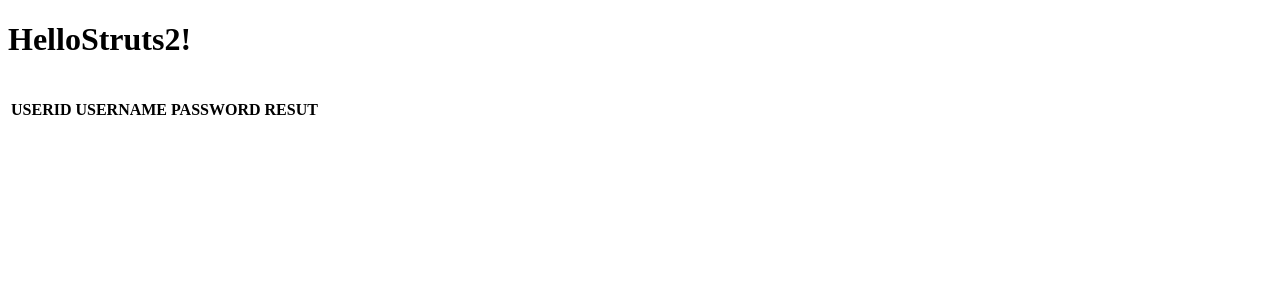
Repository: fujita0830/learning
Page: http://localhost/WebProj4/hello.jsp
An editor plug-in stored every save of this project. The page is shown before and after the next save, followed by the edit.
The browser window is 1280 px wide. The pictures show the whole page.
The page is served by Tomcat 9. Other server files are loaded and not shown.

Above is the page before, as saved 2018-12-26 06:44:57.

### WebProj4/WebContent/hello.jsp
<%@ page language="java" contentType="text/html; charset=UTF-8"
    pageEncoding="UTF-8"%>
<%@ taglib prefix="s" uri="/struts-tags" %>
<!DOCTYPE html PUBLIC "-//W3C//DTD HTML 4.01 Transitional//EN" "http://www.w3.org/TR/html4/loose.dtd">
<html>
<head>
<meta  charset=UTF-8">
<link rel="sttlesheet" type="text/css" href="./css/style.css">
<title>HelloStruts</title>
</head>
<body>
<h1>HelloStruts2!</h1>
<br>

<table>
<tbody>
<tr>
 <th>USERID</th>
 <th>USERNAME</th>
 <th>PASSWORD</th>
 <th>RESUT</th>
</tr>
<s:iterator value="helloStrutsDTOList">
<tr>
 <td><s:property value="userId"/></td>
 <td><s:property value="userName"/></td>
 <td><s:property value="password"/></td>
 <td><s:property value="result"/></td>
</tr>
</s:iterator>
</tbody>
</table>

</body>
</html>

### WebProj4/WebContent/css/style.css
@CHARSET "UTF-8";

taabe{
	width:auto;
	border-spacing:0;
	font-size:14px;
}

table th{
	color:#fff;
	padding:8px 15px;
	background:#258;
	background:-moz-linear-gradient(rgba(34,85,136,0,7),rgba(34,85,136,0,9)50%);
	backgrount:-webkit-grandient(linear,100%0%,100%50%,from(rgba(34,85,136,0,7)),to(rgba(34,85,136,0,9)));
	font-weight:bold;
	border-left:1px solid #258;
	border-top:1px solid #258;
	border-bottom:1px solid #258;
	line-height:120%;
	text-align:center;
	textshadow:0 -1px 0 rgba(34,85,136,0,9);
	box-shadow:0px 1px 1px rgba(255,255,255,0,3) inset;
}

table th:first-child{
	border-radius:5px 0 0 0;
}
table th:last-child{
	border-radius:0 5px 0 0;
	brder-right:1px solid #258;
	box-shadow:2px 2px 1px rgba(0,0,0,0,1),0px 1px 1px rgba(255,255,255,0,3)inset;
}

table tr td{
	padding:8px 15px;
	border-bottom:1px solid #84b2e0;
	border-left:1px solid #84b2e0;
	text-align:center;
}
table tr td:last-child{
	border-right:1px solid #84b2e0
	box-shadow:2px 2px 1px rgba(0,0,0,0,1);
}

table tr:last-child td:first-child{
	border-radius: 0 0 0 5px;
}

table tr:last-child td:last-child{
	border-radius: 0 0 5px 0;
}
table tr:hover{
	background: :#bbd4ee;
	cursor: pointer;
}

After the next save:
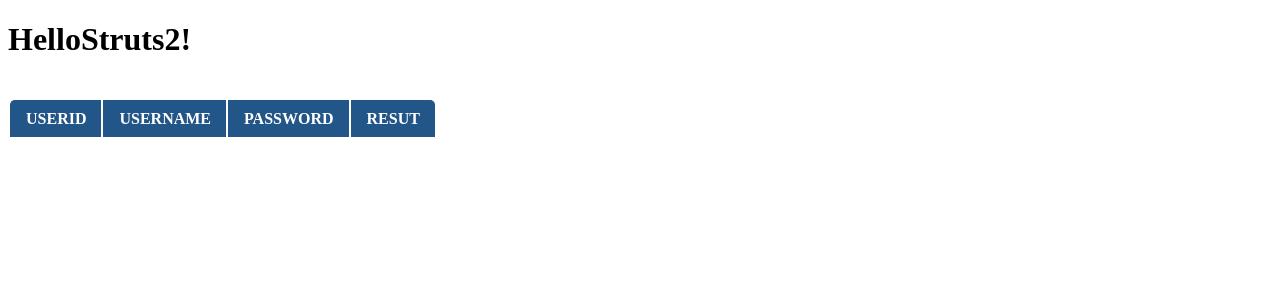
Saved 17 s later.
--- a/WebProj4/WebContent/hello.jsp
+++ b/WebProj4/WebContent/hello.jsp
@@ -5,7 +5,7 @@
 <html>
 <head>
 <meta  charset=UTF-8">
-<link rel="sttlesheet" type="text/css" href="./css/style.css">
+<link rel="stylesheet" type="text/css" href="./css/style.css">
 <title>HelloStruts</title>
 </head>
 <body>
